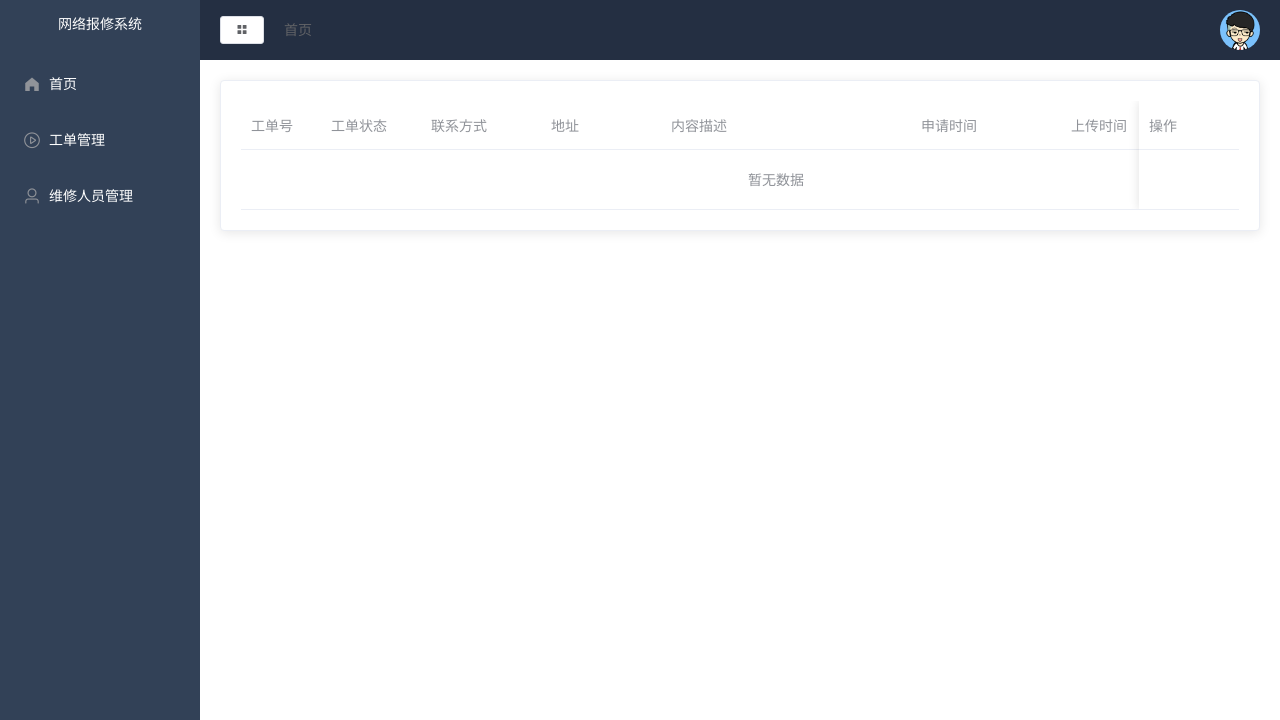
Repository: LtheW/vue
Page: /form
The author's editor kept a copy of each file at every save. The page is drawn from the files as they stood at one save, then again after the next save.
The browser window is 1280 px wide. The pictures show the whole page.
The page's requests for data from a server got no answer. The project was rebuilt for these pictures with package versions that can differ from the ones it lists, and the page was loaded fresh each time. No one was signed in, and anything a server would have sent is missing. Also part of the build but not shown: vue.config.js, src/components/CommonTag.vue, src/views/Submit.vue, src/views/Maintainer/Add.vue.

Above is the page before, as saved 2022-03-31 16:34:53.

### src/main.js
import Vue from 'vue'
import App from './App.vue'
import router from './router'
import store from './store'
//引入element ui
import ElementUI from 'element-ui';
import 'element-ui/lib/theme-chalk/index.css';
import '@/assets/scss/reset.scss' //全局样式
import Axios from 'axios';//后台交互
import Antd from 'ant-design-vue';
import 'ant-design-vue/dist/antd.css';
import 'font-awesome/scss/font-awesome.scss'
Vue.prototype.$http=Axios
//defaults 设置全局默认路径
Axios.defaults.baseURL="/"

Vue.use(ElementUI,Antd);
Vue.config.productionTip = false

new Vue({
  router,
  store,
  render: h => h(App)
}).$mount('#app')

### src/router/index.js
import Vue from 'vue'
import VueRouter from 'vue-router'
import Main from '../views/Main.vue'
import Submit from'../views/Submit.vue'
import Maintainer_Add from'../views/Maintainer/Add.vue'
Vue.use(VueRouter)

const routes = [
  {
    path:'/login',
    name:'Login',
    component:()=>import('@/views/Login')
  },
  {

    path: '/',
    name: 'Main',
    component: Main,
    children: [
      {
        path: '/',
        name: 'search',
        component: () => import('@/views/About')
      },
      {
        path: '/form',
        name: 'form',
        component: () => import('@/views/Form/Form')
      },
      {
        path: '/home',
        name: 'home',
        component: () => import('@/views/Maintainer/Maintainer')
      },
      {
        path: '/submit',
        name: 'submit',
        component: Submit,
      },
      {
        path: '/maintainer_add',
        name: 'add',
        component: Maintainer_Add,
      },
    ]
    },


]

const router = new VueRouter({
  mode:'history',
  base: process.env.BASE_URL,
  routes
})

export default router

### src/views/Main.vue
<template>
  <el-container style="height: 100%">
    <el-aside width="auto" height="100%" ><common-aside></common-aside></el-aside>
    <el-container>
      <el-header>
        <common-header></common-header>

      </el-header>
      <el-main><router-view /></el-main>
    </el-container>
  </el-container>
</template>

<script>
import CommonAside from "../components/CommonAside.vue";
import CommonHeader from "../components/CommonHeader.vue";
import CommonTag from "../components/CommonTag.vue";
export default {
  name: "Main",
  components: { CommonAside, CommonHeader, CommonTag },
};
</script>
, CommonTab
<style lang="scss" scoped>
.el-header {
  background: #242F42;
}
.el-main {
  padding-top: 20rpx;
}
</style>

### src/views/Form/Form.vue
<template>
<el-card>
  <el-table
    :data="tableData"
    style="width: 100%"
    max-height="100%">
    <el-table-column
      fixed
      prop="workorderNumber"
      label="工单号"
      width="80">
    </el-table-column>
     <el-table-column
      prop="workorderState"
      label="工单状态"
      width="100">
    </el-table-column>
    <el-table-column
      prop="contactInformation"
      label="联系方式"
      width="120">
    </el-table-column>
    <el-table-column
      prop="address"
      label="地址"
      width="120">
    </el-table-column>
    <el-table-column
      prop="workorderContent"
      label="内容描述"
      width="250">
    </el-table-column>
    <el-table-column
      prop="initiationTime"
      label="申请时间"
      width="150">
    </el-table-column>

    <el-table-column
      prop="updateTime"
      label="上传时间"
      width="150">
    </el-table-column>
    <el-table-column
      fixed="right"
      label="操作"
      width="100">
      <template slot-scope="scope">
        <el-button
          @click="Booking(scope.row)"
          type="primary"
          size="small">
          查看
        </el-button>
      </template>
    </el-table-column>
  </el-table>
</el-card>
</template>

<script>
  export default {
    methods: {
      Booking(row) {
        console.log(row.workorderNumber);
        this.$router.push({name:'submit',params: {workorderNumber:row.workorderNumber}})
      }
    },
    data() {
      return {
        tableData: [
        ],
        state:["待维修","维修中","维修完成"]
      }
    },
    created(){

      this.$http({
				url: '/api/administer/orderlist',
				method: 'get',
				headers: { 'X-Requested-With': 'XMLHttpRequest' },
			}).then(res => {
				console.log('数据接收');
        this.tableData=res.data.data;
        for(var i=0;i<this.tableData.length;i++){
          this.tableData[i].workorderState=this.state[i]
        }
        console.log(res);
			});
    }
  }
</script>

### src/store/tab.js
export default{
    state:{
        isCollapse: false
    },
    mutations:{
        collapseMenu(state){
            state.isCollapse=!state.isCollapse
        }
    }
}

### src/components/CommonAside.vue
<template>
  <el-menu
    class="el-menu-vertical-demo"
    :collapse="isCollapse"
    background-color="#324157"
    text-color="#fff"
    active-text-color="#ffd04b"
  >
    <h3 v-show="!isCollapse">网络报修系统</h3>
    <h3 v-show="isCollapse">后台</h3>
    <el-menu-item
      :index="item.path"
      v-for="item in noChildren"
      :key="item.path"
      @click="clickMenu(item)"
    >
      <i :class="'el-icon-' + item.icon"></i>
      <span slot="title">{{ item.label }}</span>
    </el-menu-item>
    <el-submenu :index="item.label" v-for="item in hasChildren" :key="item.path">
      <template slot="title">
        <i :class="'el-icon-' + item.icon"></i>
        <span slot="title">{{ item.label }}</span>
      </template>
      <el-menu-item-group>
        <el-menu-item
          :index="subItem.path"
          v-for="(subItem, subIndex) in item.children"
          :key="subIndex"
          @click="clickMenu(item)"
        >
          <i :class="'el-icon-' + subItem.icon"></i>
          <span slot="title">{{ subItem.label }}</span>
        </el-menu-item>
      </el-menu-item-group>
    </el-submenu>
  </el-menu>
</template>

<script>
export default {
  data() {
    return {
      menu: [
        {
          path: "/",
          name: "search",
          label: "首页",
          icon: "s-home",
          url: "Maintainer/Maintainer",
        },
        {
          path: "/form",
          name: "form",
          label: "工单管理",
          icon: "video-play",
          url: "Form/Form",
        },
        {
          path: "/home",
          name: "home",
          label: "维修人员管理",
          icon: "user",
          url: "Home/Home",
        },
      ],
    };
  },
  methods: {
    // handleOpen(key, keyPath) {
    //   console.log(key, keyPath);
    // },
    // handleClose(key, keyPath) {
    //   console.log(key, keyPath);
    // },
    clickMenu(item) {
      this.$router.push({ name: item.name });
      this.$store.commit("selectMenu", item);
    },
  },
  computed: {
    noChildren() {
      return this.menu.filter((item) => !item.children);
    },
    hasChildren() {
      return this.menu.filter((item) => item.children);
    },
    isCollapse() {
      return this.$store.state.tab.isCollapse;
    },
  },
};
</script>

<style lang="scss" scoped>
.el-menu {
  height: 100%;
  border: none;
  h3 {
    color: #ffffff;
    text-align: center;
    line-height: 48px;
  }
}
.el-menu-vertical-demo:not(.el-menu--collapse) {
  width: 200px;
  min-height: 100vh;
}
</style>

### src/components/CommonHeader.vue
<template>
  <header>
    <div class="l-content">
      <el-button plain icon="el-icon-menu" size="mini" @click="handleMenu"></el-button>
      <el-breadcrumb>
        <el-breadcrumb-item :to="{ path: '/' }">首页</el-breadcrumb-item>
        <el-breadcrumb-item :to="current.path" v-if="current">{{
          current.label
        }}</el-breadcrumb-item>
      </el-breadcrumb>
    </div>
    <div class="r-content">
      <el-dropdown trigger="click" size="mini">
        <span class="el-dropdown-link">
          <img :src="userImg" class="user" />
        </span>
        <el-dropdown-menu slot="dropdown">
          <el-dropdown-item>个人中心</el-dropdown-item>
          <el-dropdown-item @click.native="logOut">退出</el-dropdown-item>
        </el-dropdown-menu>
      </el-dropdown>
    </div>
  </header>
</template>

<script>
import { mapState } from "vuex";
export default {
  data() {
    return {
      userImg: require("../assets/images/user.png"),
    };
  },
  methods: {
    handleMenu() {
      this.$store.commit("collapseMenu");
    },
    logOut() {
      this.$store.commit("clearToken");
      this.$store.commit("clearMenu");
      // location.reload();
      this.$router.push("/login");
    },
  },
  computed: {
    ...mapState({
      current: (state) => state.tab.currentMenu,
    }),
  },
};
</script>

<style lang="scss" scoped>
header {
  display: flex;
  height: 100%;
  align-items: center;
  justify-content: space-between;
}

.l-content {
  display: flex;
  align-items: center;
  .el-button {
    margin-right: 20px;
  }
}

.r-content {
  .user {
    width: 40px;
    height: 40px;
    border-radius: 50%;
  }
}
</style>

<style lang="scss">
.el-breadcrumb__item {
  .el-breadcrumb__inner {
    color: #666;
    font-weight: normal;
  }
  &:last-child {
    .el-breadcrumb__inner {
      color: white;
    }
  }
}
</style>

Loaded but not shown: public/index.html (common file); src/App.vue (common file); src/store/index.js (common file); src/assets/scss/reset.scss (common file)

After the next save:
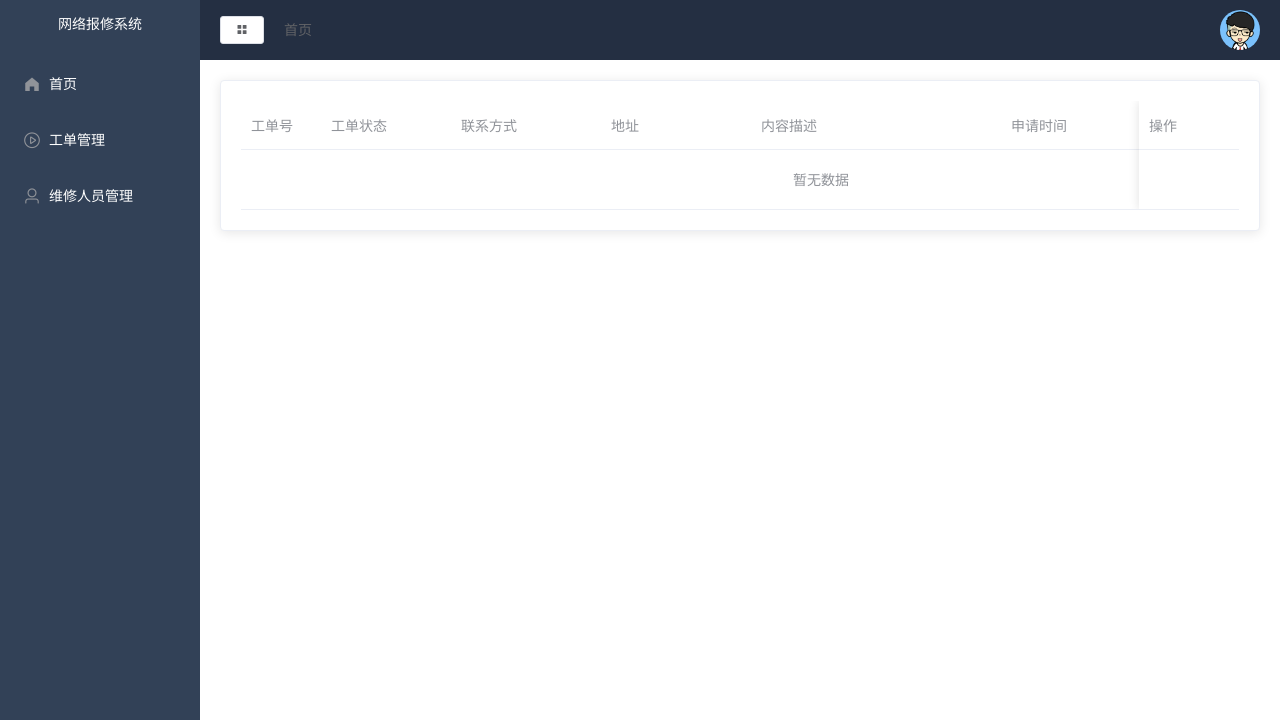
Saved 13 s later.
--- a/src/views/Form/Form.vue
+++ b/src/views/Form/Form.vue
@@ -13,17 +13,17 @@
      <el-table-column
       prop="workorderState"
       label="工单状态"
-      width="100">
+      width="130">
     </el-table-column>
     <el-table-column
       prop="contactInformation"
       label="联系方式"
-      width="120">
+      width="150">
     </el-table-column>
     <el-table-column
       prop="address"
       label="地址"
-      width="120">
+      width="150">
     </el-table-column>
     <el-table-column
       prop="workorderContent"
